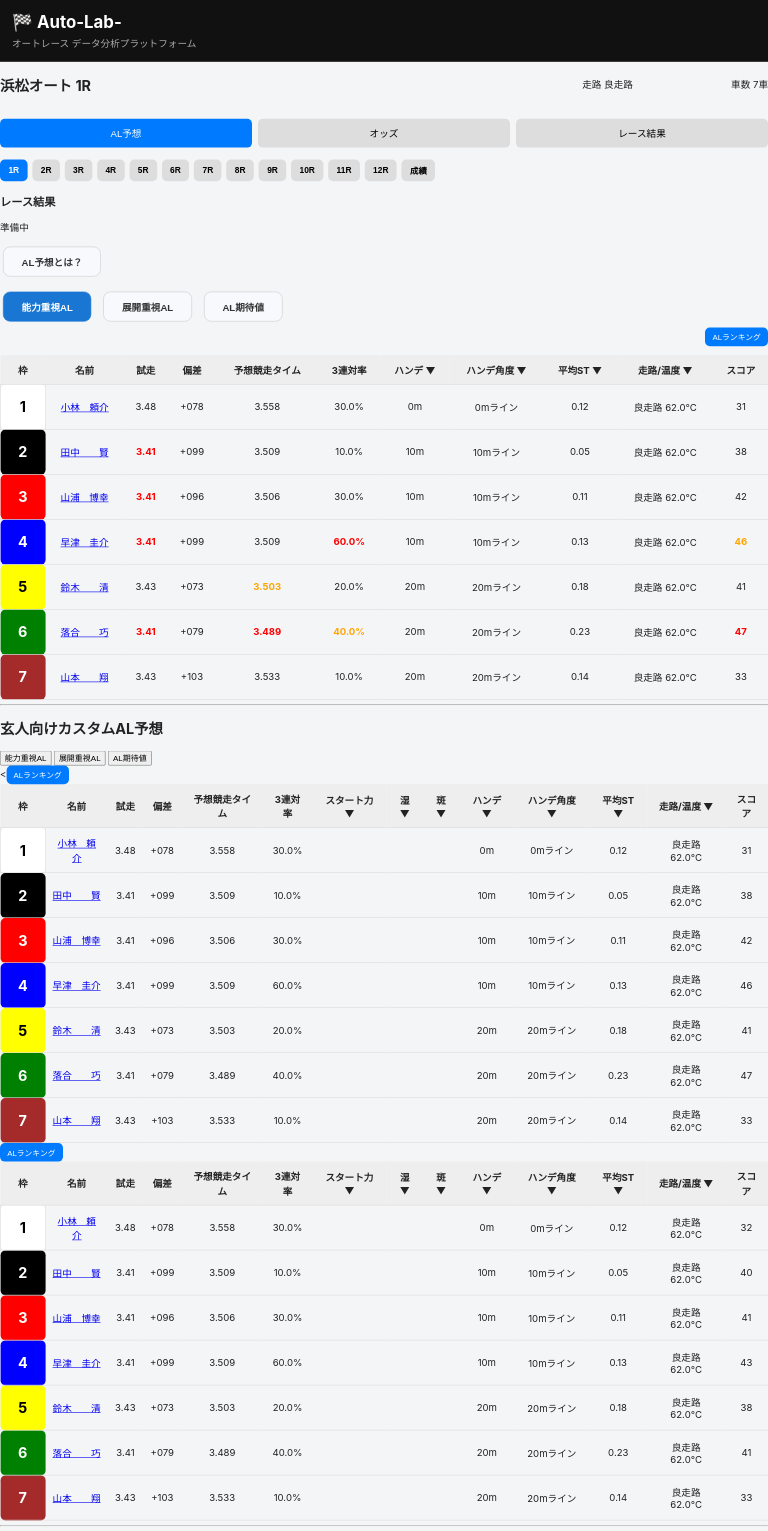
Repository: autorace-lab/Auto-Lab--main
Page: race.html
The author's editor kept a copy of each file at every save. The page is drawn from the files as they stood at one save, then again after the next save.
The browser window is 1280 px wide. The pictures show the whole page, at 60% of full size.

Above is the page before, as saved 2026-08-07 22:43:13.

After the next save:
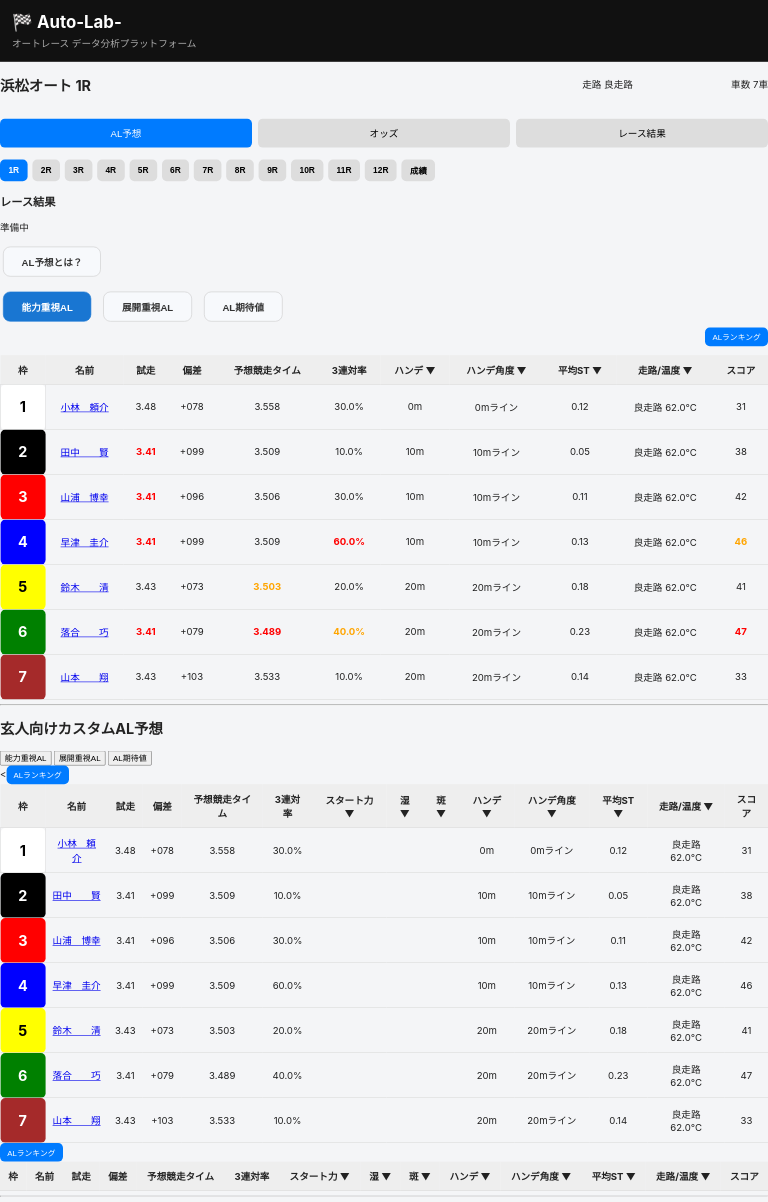
Saved 47 s later.
--- a/race.html
+++ b/race.html
@@ -481,7 +481,7 @@ onclick="toggleCustomDevelopmentRank()">
     ALランキング
 </button>
 
-    </div>
+
 
 
 <table>
@@ -514,9 +514,7 @@ onclick="toggleHandicapAngle()">
 </tr>
 </thead>
 
-<tbody id="customDevelopmentTable">
-</tbody>
-
+<div id="customExpectation" class="custom-al-page">
 </table>
 
 </div>
